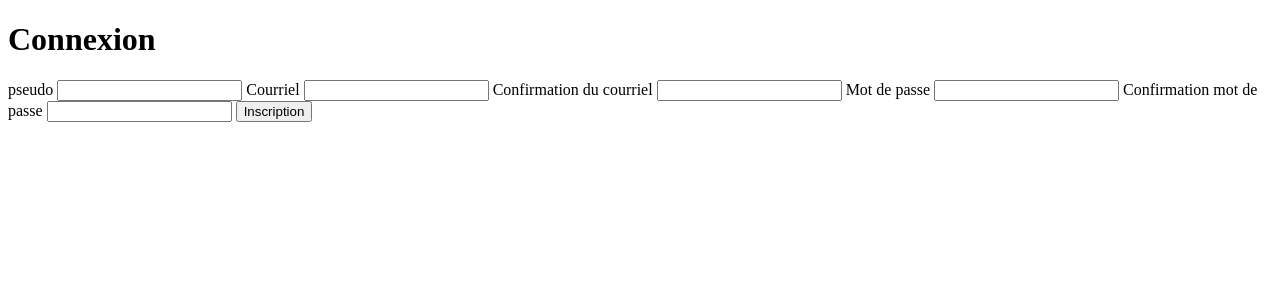
Repository: Yannis699/WW2_forum_project
Page: http://localhost/User/user_connexion.php
These files come from the project's save history. The page is drawn as it stood at one moment and after the next save; the edit follows.
The browser window is 1280 px wide. The pictures show the whole page.
The page is run by PHP 8.4 with error messages shown; the project is at /var/www/html/. db.php is not in the repository; a stand-in opens the database connection.

Above is the page before, as saved 2022-05-19 02:30:21.

After the next save:
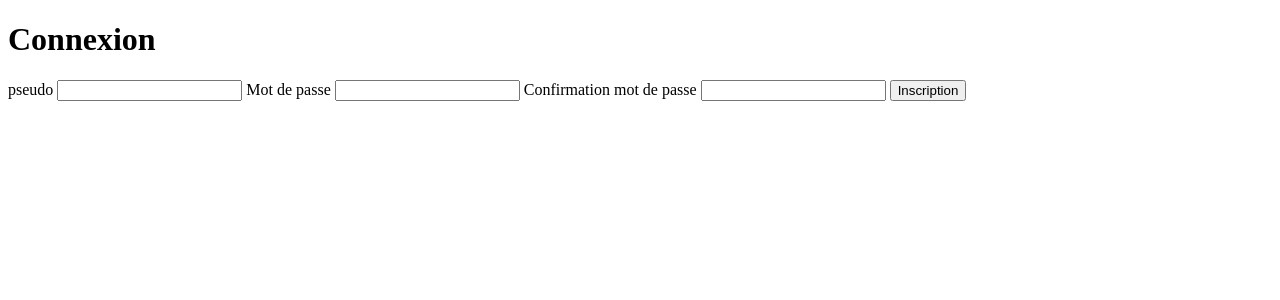
Saved 9 s later.
--- a/User/user_connexion.php
+++ b/User/user_connexion.php
@@ -105,13 +105,6 @@ require_once('../db.php');
         <label for="pseudo">pseudo</label>
         <input type="text" name="pseudo" id="pseudo" value=" <?php if(isset($pseudo)){ echo $pseudo;} ?>">
 
-        <?php if(isset($err_mail)) {echo '<div>' . $err_mail . '<div>' ; }?>
-        <label for="mail">Courriel</label>
-        <input type="email" name="mail" id="mail" value=" <?php if(isset($mail)){ echo $mail;} ?>">
-
-        <label for="">Confirmation du courriel</label>
-        <input type="email" name="confmail" id="confmail">
-
         <?php if(isset($err_password)) { echo '<div>' . $err_password . '<div>';} ?>
         <label for=""> Mot de passe </label>
         <input type="password" name="password" id="" value= "">
